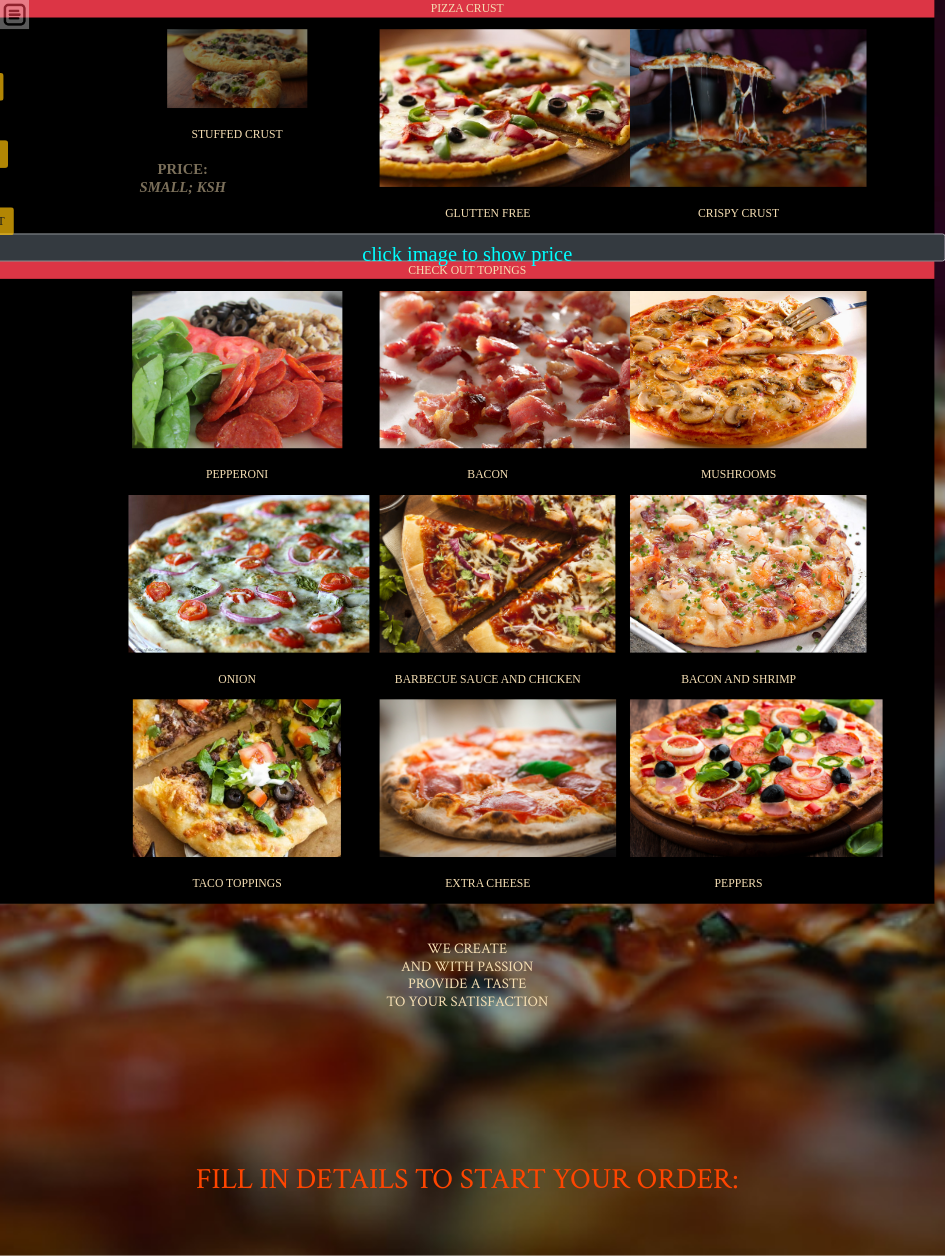
Repository: alexmwaura/MOREO--PIZZA-IP4
Page: mine.html
The author's editor kept a copy of each file at every save. The page is drawn from the files as they stood at one save, then again after a run of saves.
The browser window is 1280 px wide. The page is 1295 px wide, so the pictures cover 1295 px, including what lies to the right of the window. The pictures show the whole page, at 73% of full size.
After loading, the first visible `#work1` was clicked once.
Some web fonts or font styles are not loaded; a fallback is used.

Above is the page before, as saved 2019-09-01 14:38:47.

### mine.html
<!DOCTYPE html>
<html lang="en">

<head>
    <meta charset="UTF-8">
    <meta name="viewport" content="width=device-width, initial-scale=1.0">
    <meta http-equiv="X-UA-Compatible" content="ie=edge">

    <title> MOREO RESTAURANT</title>

    <link href="https://fonts.googleapis.com/css?family=Kaushan+Script&display=swap" rel="stylesheet">
    <link href="https://fonts.googleapis.com/css?family=Pacifico|Rancho&display=swap" rel="stylesheet">
    <link href="https://fonts.googleapis.com/css?family=Crimson+Text&display=swap" rel="stylesheet">

    <link rel="stylesheet" href="./CSS/bootstrap.css">
    <link rel="stylesheet" href="./CSS/styles.css">
    <script src="./SCRIPTS/jquery-3.4.1.js"></script>
    <script src="./SCRIPTS/scripts.js"></script>
</head>

<body>
    <nav>
        <a href="#" class="nav-toggle-btn bg-success"></a>
        <ul>
            <li><a href="./index.html" class="btn bg-warning" style="margin-left: -14%">HOME</a></li><br><br>
            <li><a href="#pizza" class="btn bg-warning" style="margin-left: -15%">ORDER</a></li><br><br>
            <li><a href="#nav" class="btn bg-warning" style="margin-left: -35%">CONTACT</a></li>
        </ul>
    </nav>

    <div class="content">


        <div class="address">
            <div class="">

                <div class="bg-danger" id="pizza-crust">
                    <p>PIZZA CRUST</p>

                </div>

                <div class="row">

                    &nbsp;&nbsp;&nbsp;&nbsp;&nbsp;&nbsp;&nbsp;&nbsp;&nbsp;&nbsp;&nbsp;&nbsp;&nbsp;&nbsp;&nbsp;&nbsp;&nbsp;&nbsp;&nbsp;&nbsp;&nbsp;&nbsp;&nbsp;&nbsp;&nbsp;&nbsp;&nbsp;&nbsp;&nbsp;&nbsp;&nbsp;&nbsp;&nbsp;&nbsp;&nbsp;&nbsp;&nbsp;&nbsp;&nbsp;&nbsp;&nbsp;&nbsp;&nbsp;&nbsp;

                    <div class="col-lg-3 col-md-3 col-sm-3">
                        <div id="work1">
                            <img src="./IMAGES/staffedcrust.jpg" alt="" class="img-fluid-1"><br><br>

                            <div class="overlay">
                                <div class="line">
                                    <p class="trial1">STUFFED CRUST</p>
                                    <p class="p1">
                                        <h5 class="p1"><strong> PRICE: <br>
                                            <em>SMALL; KSH 100</em><br>
                                            <em>MEDIUM; KSH 150</em><br>
                                            <em>LARGE; KSH 200</em>
                                        </strong></h5>
                                    </p>

                                </div>

                            </div>

                        </div>



                    </div>
                    &nbsp;&nbsp;&nbsp;&nbsp;

                    <div class="col-lg-3 col-md-3 col-sm-3">
                        <div id="work2">
                            <img src="./IMAGES/gluttenfree.jpg" alt="" class="img-fluid-2"><br><br>

                            <div class="overlay">
                                <div class="line">
                                    <p class="trial2">GLUTTEN FREE </p>


                                </div>

                            </div>

                        </div>

                    </div>

                    &nbsp;&nbsp;&nbsp;&nbsp;


                    <div class="col-lg-3 col-md-3 col-sm-3">
                        <div id="work3">
                            <img src="./IMAGES/1.jpeg" alt="" class="img-fluid-3 "><br><br>

                            <div class="overlay">
                                <div class="line">
                                    <p class="trial3">CRISPY CRUST</p>

                                </div>

                            </div>

                        </div>

                    </div>

                    <div class="form-control bg-dark">
                        <h3 style="color: aqua" style="font-size: 10vh" class="price"> click image to show price</h3>
                    </div>


                </div>

            </div>

        </div>



        <div class="dance">

            <div class="">

                <div class="bg-danger" id="pizza-toppings">
                    <p>CHECK OUT TOPINGS</p>

                </div>

                <div class="row">

                    &nbsp;&nbsp;&nbsp;&nbsp;&nbsp;&nbsp;&nbsp;&nbsp;&nbsp;&nbsp;&nbsp;&nbsp;&nbsp;&nbsp;&nbsp;&nbsp;&nbsp;&nbsp;&nbsp;&nbsp;&nbsp;&nbsp;&nbsp;&nbsp;&nbsp;&nbsp;&nbsp;&nbsp;&nbsp;&nbsp;&nbsp;&nbsp;&nbsp;&nbsp;&nbsp;&nbsp;&nbsp;&nbsp;&nbsp;&nbsp;&nbsp;&nbsp;&nbsp;&nbsp;

                    <div class="col-lg-3 col-md-3 col-sm-3">
                        <div id="work4">
                            <img src="./IMAGES/pepporoni.jpg" alt="" class="img-fluid-4"><br><br>

                            <div class="overlay">
                                <div class="line">
                                    <p class="trial4">PEPPERONI</p>

                                </div>

                            </div>

                        </div>

                    </div>




                    &nbsp;&nbsp;&nbsp;&nbsp;


                    <div class="col-lg-3 col-md-3 col-sm-3">
                        <div id="work5">
                            <img src="./IMAGES/bacon.jpg" alt="" class="img-fluid-5"><br><br>

                            <div class="overlay">
                                <div class="line">
                                    <p class="trial5">BACON </p>

                                </div>

                            </div>

                        </div>

                    </div>

                    &nbsp;&nbsp;&nbsp;&nbsp;


                    <div class="col-lg-3 col-md-3 col-sm-3">
                        <div id="work6">
                            <img src="./IMAGES/mushroom2.jpg" alt="" class="img-fluid-6"><br><br>

                            <div class="overlay">
                                <div class="line">
                                    <p class="trial6">MUSHROOMS</p>

                                </div>

                            </div>

                        </div>

                    </div>



                </div>

                <div class="row">

                    &nbsp;&nbsp;&nbsp;&nbsp;&nbsp;&nbsp;&nbsp;&nbsp;&nbsp;&nbsp;&nbsp;&nbsp;&nbsp;&nbsp;&nbsp;&nbsp;&nbsp;&nbsp;&nbsp;&nbsp;&nbsp;&nbsp;&nbsp;&nbsp;&nbsp;&nbsp;&nbsp;&nbsp;&nbsp;&nbsp;&nbsp;&nbsp;&nbsp;&nbsp;&nbsp;&nbsp;&nbsp;&nbsp;&nbsp;&nbsp;&nbsp;&nbsp;&nbsp;&nbsp;

                    <div class="col-lg-3 col-md-3 col-sm-3">
                        <div id="work7">
                            <img src="./IMAGES/onions.jpg" alt="" class="img-fluid-7"><br><br>

                            <div class="overlay">
                                <div class="line">
                                    <p class="trial4">ONION</p>

                                </div>

                            </div>

                        </div>

                    </div>




                    &nbsp;&nbsp;&nbsp;&nbsp;


                    <div class="col-lg-3 col-md-3 col-sm-3">
                        <div id="work8">
                            <img src="./IMAGES/barbecue.jpg" alt="" class="img-fluid-8"><br><br>

                            <div class="overlay">
                                <div class="line">
                                    <p class="trial5">BARBECUE SAUCE AND CHICKEN </p>

                                </div>

                            </div>

                        </div>

                    </div>

                    &nbsp;&nbsp;&nbsp;&nbsp;


                    <div class="col-lg-3 col-md-3 col-sm-3">
                        <div id="work9">
                            <img src="./IMAGES/shrimp.jpg" alt="" class="img-fluid-9"><br><br>

                            <div class="overlay">
                                <div class="line">
                                    <p class="trial6">BACON AND SHRIMP</p>

                                </div>

                            </div>

                        </div>

                    </div>



                </div>


                <div class="row">

                    &nbsp;&nbsp;&nbsp;&nbsp;&nbsp;&nbsp;&nbsp;&nbsp;&nbsp;&nbsp;&nbsp;&nbsp;&nbsp;&nbsp;&nbsp;&nbsp;&nbsp;&nbsp;&nbsp;&nbsp;&nbsp;&nbsp;&nbsp;&nbsp;&nbsp;&nbsp;&nbsp;&nbsp;&nbsp;&nbsp;&nbsp;&nbsp;&nbsp;&nbsp;&nbsp;&nbsp;&nbsp;&nbsp;&nbsp;&nbsp;&nbsp;&nbsp;&nbsp;&nbsp;

                    <div class="col-lg-3 col-md-3 col-sm-3">
                        <div id="work10">
                            <img src="./IMAGES/taco.jpg" alt="" class="img-fluid-10"><br><br>

                            <div class="overlay">
                                <div class="line">
                                    <p class="trial4">TACO TOPPINGS</p>

                                </div>

                            </div>

                        </div>

                    </div>




                    &nbsp;&nbsp;&nbsp;&nbsp;


                    <div class="col-lg-3 col-md-3 col-sm-3">
                        <div id="work11">
                            <img src="./IMAGES/cheese 2.jpg" alt="" class="img-fluid-11"><br><br>

                            <div class="overlay">
                                <div class="line">
                                    <p class="trial5">EXTRA CHEESE </p>

                                </div>

                            </div>

                        </div>

                    </div>

                    &nbsp;&nbsp;&nbsp;&nbsp;


                    <div class="col-lg-3 col-md-3 col-sm-3">
                        <div id="work12">
                            <img src="./IMAGES/pepper.jpg" alt="" class="img-fluid-12"><br><br>

                            <div class="overlay">
                                <div class="line">
                                    <p class="trial6">PEPPERS</p>

                                </div>

                            </div>

                        </div>

                    </div>



                </div>


            </div>





        </div>

        <div id="trial">


            <div id="pizza">
                <h2 class="pizza">WE CREATE <br>AND WITH PASSION <br> PROVIDE A TASTE <br> TO YOUR SATISFACTION</h2>
                <br><br>
                <h1>FILL IN DETAILS TO START YOUR ORDER:</h1>


            </div><br><br>



        </div>








    </div>
















</body>

### CSS/styles.css

body{
    background-image: url("../IMAGES/1.jpeg");
    background-repeat: no-repeat;
    background-size: cover;
    background-position: center;
    color: wheat;
    font-family: 'Pacifico', cursive;
    font-family: 'Rancho', cursive;
    margin: 0;
    padding: 0;

}
nav {
    position: fixed;
    z-index: 500;
    top: 0%;
    bottom: 0;
    width: 100px;
    background-image: url("../IMAGES/tukule.jpg");
    background-repeat: no-repeat;
    background-size: cover;
    background-position: center;
    transform: translate3d(-100px, 0, 0);
    transition: transform 0.4s ease;
    font-size: large;
    opacity: 0.7;
}
.active-nav nav{
    transform: translate3d(0, 0, 0)
}

nav ul {

    margin-top: 100px;
}
.nav-toggle-btn{

    position: absolute;
    left: 100px;
    width: 40px;
    height: 40px;
    background-image: url("../IMAGES/images.png");
    background-repeat: no-repeat;
    background-size: cover;
    background-position: center;
    top: 0;
    opacity: 0.5;
}
.content{
    padding: 0;
    margin: 0%;
    height: fit-content;
    text-align: center;
    text-align-last: fixed;
    transition: transform 0.4s ease;
}
.active-nav .content{
    transform: translate3d(200px, 0, 0);
}
.wcome{
    font-size: 100px;
}
.ret{
    font-size: 80px;
}
.home{

    position: absolute center;
    margin-top: -100px;
    padding: 0%;
}
h1{
    font-size: 40px;
    animation: bounce 3s infinite;
    color: orangered;
    margin-top: 10%;
    font-family: 'Crimson Text', serif;

}
@keyframes bounce {

    0%, 20%, 50%, 80%, 100%{
        transform: translateY(0);
    }
    40% {
        transform: translateY(-55px);
    }
    60% {
        transform: translateY(-45px);
    }

}
.to{
    font-size: 30px;
    animation: bounce 3s infinite;
    color: wheat;
    margin-top: -0.01%;
}
@keyframes bounce {

    0%, 20%, 50%, 80%, 100%{
        transform: translateY(0);
    }
    40% {
        transform: translateY(-55px);
    }
    60% {
        transform: translateY(-45px);
    }

}
.price{

    animation: bounce 3s infinite;
    margin-top: 0.5vh;
}
@keyframes bounce {

    0%, 20%, 50%, 80%, 100%{
        transform: translateY(0);
    }
    40% {
        transform: translateY(-55px);
    }
    60% {
        transform: translateY(-45px);
    }

}

.address{
    text-align: center;
    align-content: center;
    position: center;
    background: black;
    background-size: cover;
    background-position: center;

}
.dance{
    text-align: center;
    align-content: center;
    position: center;
    background: black;
    background-size: cover;
    background-position: center;

}
.img-fluid-1{
    height: 30vh;
    justify-content: space-around;

}
.img-fluid-2{
    height: 30vh;

}
.img-fluid-3{
    height: 30vh;

}
.img-fluid-4{
    height: 30vh;

}
.img-fluid-5{
    height: 30vh;

}
.img-fluid-6{
    height: 30vh;

}
.img-fluid-7{
    height: 30vh;

}
.img-fluid-8{
    height: 30vh;

}
.img-fluid-9{
    height: 30vh;

}
.img-fluid-10{
    height: 30vh;

}
.img-fluid-11{
    height: 30vh;

}
.img-fluid-12{
    height: 30vh;

}
.pizza{
    margin-top: 10px;
    font-family: 'Crimson Text', serif;
    font-size: 20PX;
}
#pizza{
    padding-top: 0%;
    margin: 0%;
    justify-content: flex-end;
}
#trial{
    padding-top: 40px;
    font-size: x-large;
}

/* #work1:hover img {
    transform: scale(0.5) ;
    transition: all 50s ease;
} */

/* #work2:hover img {
    transform: scale(1.2) ;
    transition: all 2s ease;
}
#work3:hover img {
    transform: scale(1.2) ;
    transition: all 2s ease;
}
#work4:hover img {
    transform: scale(1.2) ;
    transition: all 2s ease;
}

#work5:hover img {
    transform: scale(1.2) ;
    transition: all 2s ease;
}
#work6:hover img {
    transform: scale(1.2) ;
    transition: all 2s ease;
}
#work7:hover img {
    transform: scale(1.2) ;
    transition: all 2s ease;
}
#work8:hover img {
    transform: scale(1.2) ;
    transition: all 2s ease;
}
#work9:hover img {
    transform: scale(1.2) ;
    transition: all 2s ease;
}
#work10:hover img {
    transform: scale(1.2) ;
    transition: all 2s ease;
}
#work11:hover img {
    transform: scale(1.2) ;
    transition: all 2s ease;
}
#work12:hover img {
    transform: scale(1.2) ;
    transition: all 2s ease;
} */
.p1{
    display: none;
}

### SCRIPTS/scripts.js
$(function () {
    var bodyEl = $('body'),
        navToggleBtn = bodyEl.find('.nav-toggle-btn');

    navToggleBtn.on('click', function () {
        bodyEl.toggleClass('active-nav');

        event.preventDefault();
    });
});
$(document).ready(function () {
    $("#work1").click(function () {
        $(".img-fluid-1").toggle(1000);
        $(".p1").toggle(1000);


    });
    $("#work2").click(function () {
        $(".img-fluid-2").toggle(1000);
        $(".p1").toggle(1000);


    });
    $("#work3").click(function () {
        $(".img-fluid-3").toggle(1000);
        $(".p1").toggle(1000);


    });
    $("#work1").click(function () {
        $(".img-fluid-1").toggle(1000);
        $(".p1").toggle(1000);


    });



});

Loaded but not shown: CSS/bootstrap.css (library); SCRIPTS/jquery-3.4.1.js (library)

After the next 2 saves:
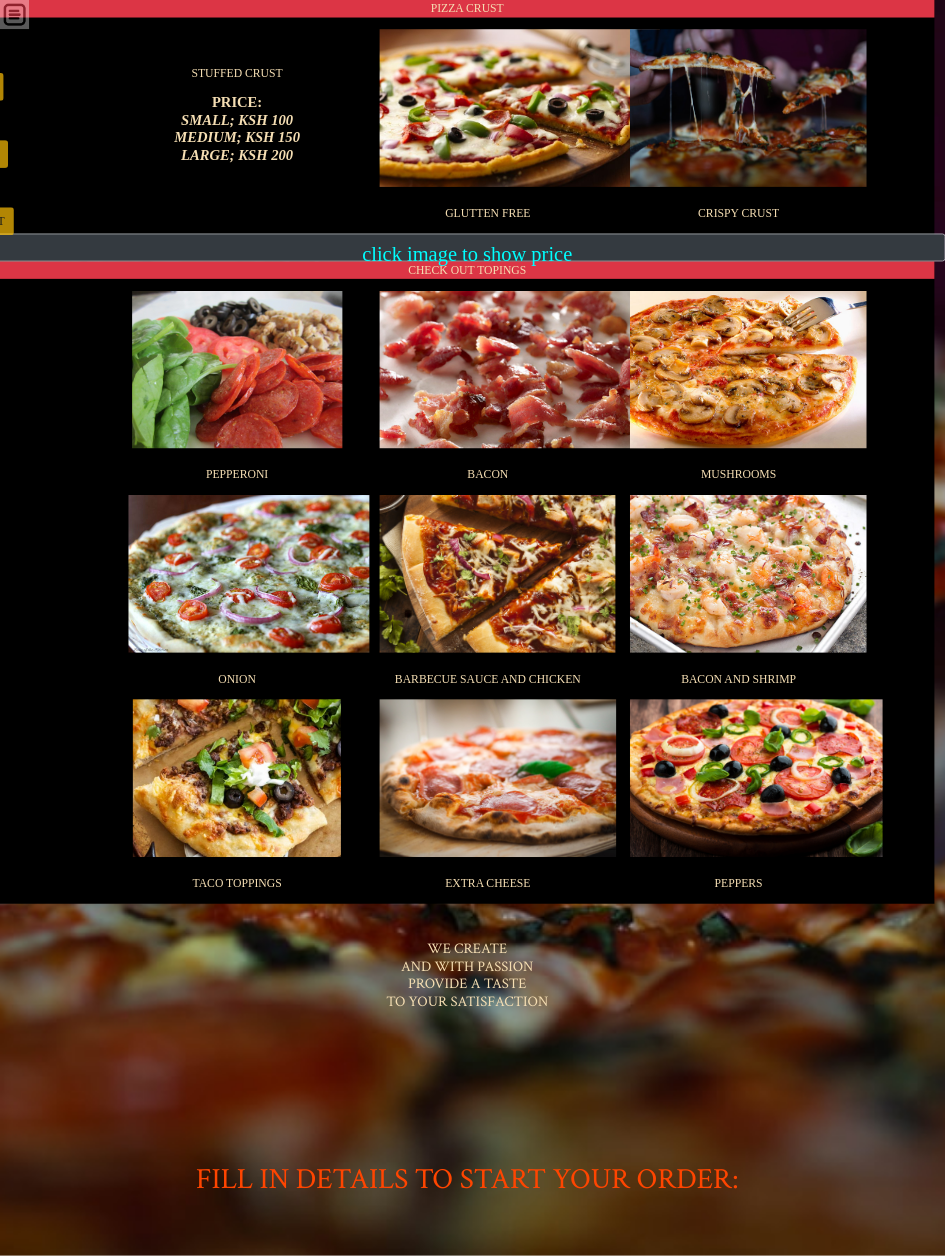
The 2 saves are shown as one change because they came seconds apart.
The last was saved 7 s later.
--- a/SCRIPTS/scripts.js
+++ b/SCRIPTS/scripts.js
@@ -27,8 +27,8 @@ $(document).ready(function () {
 
 
     });
-    $("#work1").click(function () {
-        $(".img-fluid-1").toggle(1000);
+    $("#work4").click(function () {
+        $(".img-fluid-4").toggle(1000);
         $(".p1").toggle(1000);
 
 
